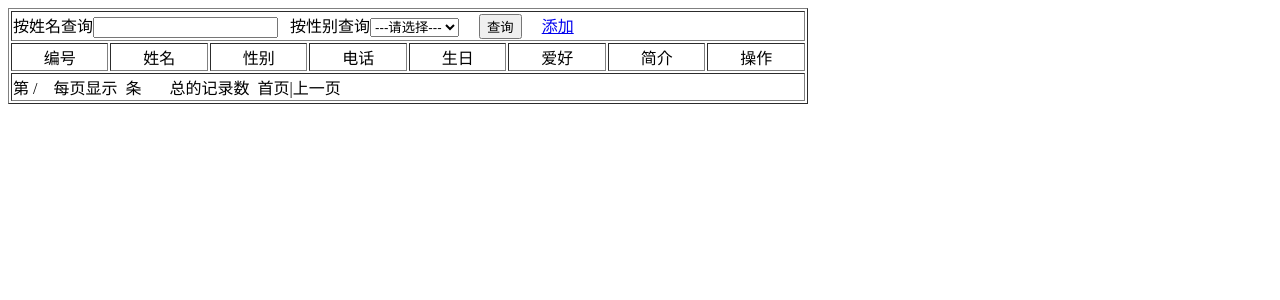
Repository: ChengqunYang/JAVA
Page: http://localhost/stu/list_page.jsp
The author's editor kept a copy of each file at every save. The page is drawn from the files as they stood at one save, then again after the next save.
The browser window is 1280 px wide. The pictures show the whole page.
The page is served by Tomcat 9. Other server files are loaded and not shown. The template is opened directly, without the code that normally fills it, so the values that code supplies are empty.

Above is the page before, as saved 2019-04-18 11:37:11.

### stu/WebContent/list_page.jsp
<%@ page language="java" contentType="text/html; charset=UTF-8"
	pageEncoding="UTF-8"%>
<%@ taglib prefix="c" uri="http://java.sun.com/jsp/jstl/core"%>
<!DOCTYPE html PUBLIC "-//W3C//DTD HTML 4.01 Transitional//EN" "http://www.w3.org/TR/html4/loose.dtd">
<html>
<head>
<meta http-equiv="Content-Type" content="text/html; charset=UTF-8">
<title>学生列表页面</title>
<script type="text/javascript">
	function doDelete(sid) {
		/*
			如果这里弹出的对话框,用户点击的是确定,就马上去请求servlet.
			如何知道用户点击的是确定
			如何在js的方法中请求servlet.
		*/
		var flag = confirm("是否确定删除?");
		if(flag) {
			//表明点了确定,访问servlet,在当前的标签页上打开这个超链接
			window.location.href="DeleteServlet?sid="+sid;
			//location.href="DeleteServlet?sid="+sid;
		}
	}
</script>
</head>
<body>
	<form action="SearchStudentServlet" method="post">
	<table border="1" width=800px>

		<tr>
			<td colspan="8">按姓名查询<input type="text" name="sname">
				&nbsp; 按性别查询<select name="sgender">
					<option value="">---请选择---
					<option value="男">男
					<option value="女">女
			</select> &nbsp;&nbsp;&nbsp; <input type="submit" value="查询">
				&nbsp;&nbsp;&nbsp; <a href="add.jsp">添加</a>
			</td>
		</tr>

		<tr align="center">
			<td>编号</td>
			<td>姓名</td>
			<td>性别</td>
			<td>电话</td>
			<td>生日</td>
			<td>爱好</td>
			<td>简介</td>
			<td>操作</td>
		</tr>

		<c:forEach items="${pageBean.list}" var="stu">
			<tr>
				<td>${stu.sid }</td>
				<td>${stu.sname }</td>
				<td>${stu.gender }</td>
				<td>${stu.phone }</td>
				<td>${stu.birthday }</td>
				<td>${stu.hobby }</td>
				<td>${stu.info }</td>
				<td><a href="EditServlet?sid=${stu.sid }">更新</a> <a href="#"
					onclick="doDelete(${stu.sid})">删除</a></td>
			</tr>
		</c:forEach>
		<tr>
				<td colspan="8">
				第 ${pageBean.currentPage } / ${pageBean.totalPage}
				&nbsp;&nbsp;
				每页显示&nbsp;${pageBean.pageSize }&nbsp;条 &nbsp;&nbsp;&nbsp;&nbsp;&nbsp;
				总的记录数&nbsp;${pageBean.totalSize }
				<c:if test="${pageBean.currentPage !=1 }">
					首页|上一页
				</c:if>
				<c:if test="${pageBean.currentPage !=pageBean.totalPage }">
					<a href="StudentListPageServlet?currentPage=${pageBean.currentPage+1 }">下一页</a>|
					<a href="StudentListPageServlet?currentPage=${pageBean.totalPage }">尾页</a>
				</c:if>
				</td>
		</tr>
	</table>
	</form>
</body>
</html>

After the next save:
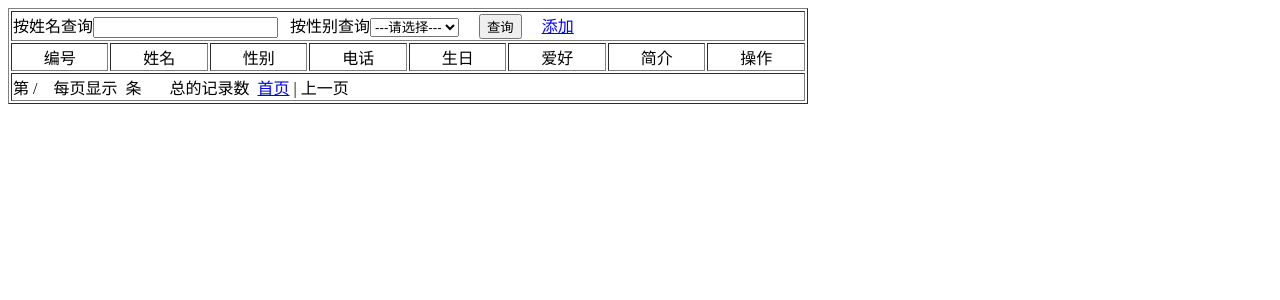
Saved 4 min 49 s later.
--- a/stu/WebContent/list_page.jsp
+++ b/stu/WebContent/list_page.jsp
@@ -68,7 +68,8 @@
 				每页显示&nbsp;${pageBean.pageSize }&nbsp;条 &nbsp;&nbsp;&nbsp;&nbsp;&nbsp;
 				总的记录数&nbsp;${pageBean.totalSize }
 				<c:if test="${pageBean.currentPage !=1 }">
-					首页|上一页
+					<a href="StudentListPageServlet?currentPage= 1">首页</a>	|
+					上一页
 				</c:if>
 				<c:if test="${pageBean.currentPage !=pageBean.totalPage }">
 					<a href="StudentListPageServlet?currentPage=${pageBean.currentPage+1 }">下一页</a>|
